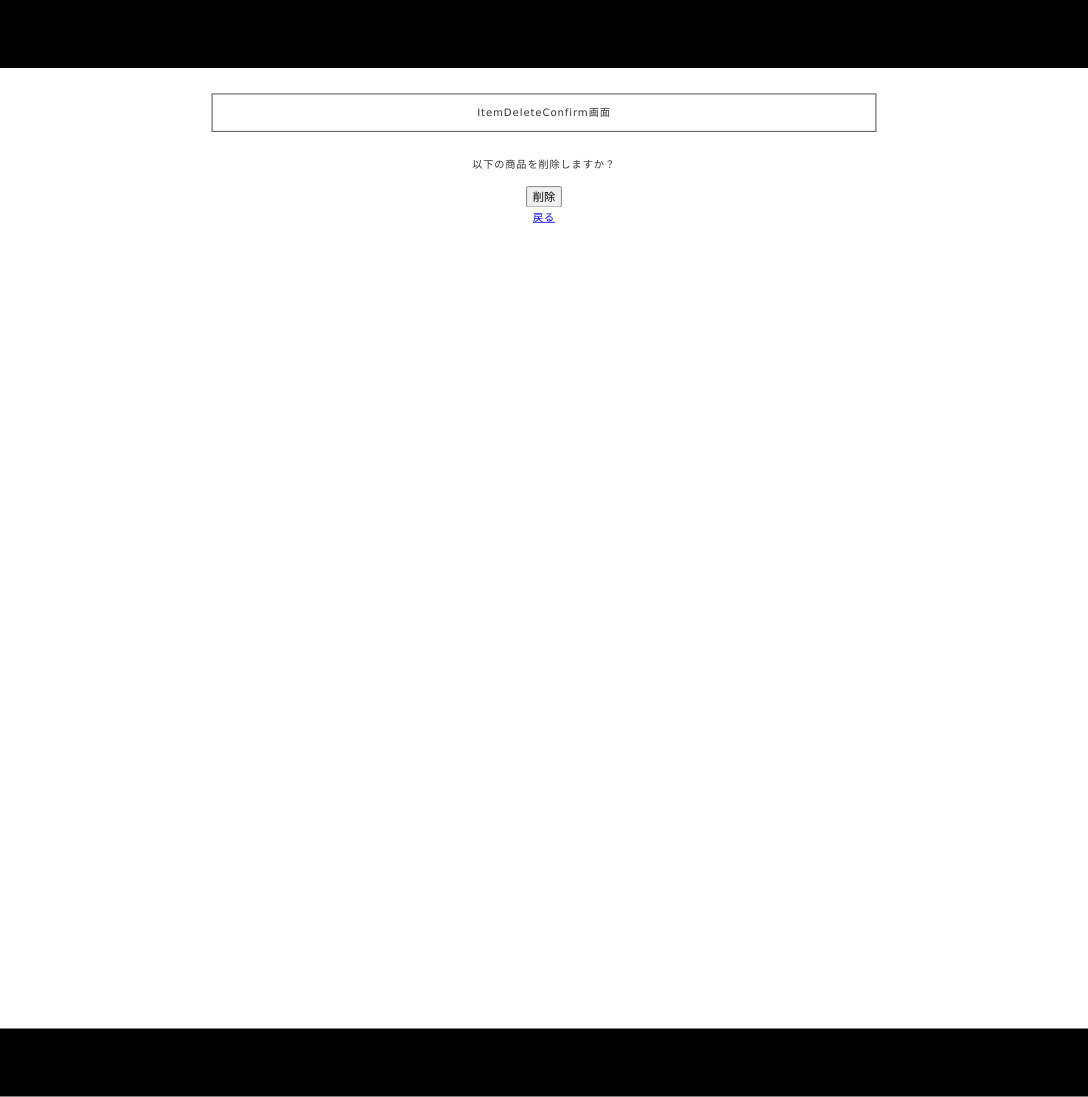
Repository: y321sudo/test2
Page: http://localhost/Yukazon/itemDeleteConfirm.jsp
These files come from the project's save history. The page is drawn as it stood at one moment and after the next save; the edit follows.
The browser window is 1280 px wide. The pictures show the whole page, at 85% of full size.
The page is served by Tomcat 9.

Above is the page before, as saved 2018-02-28 05:29:49.

After the next save:
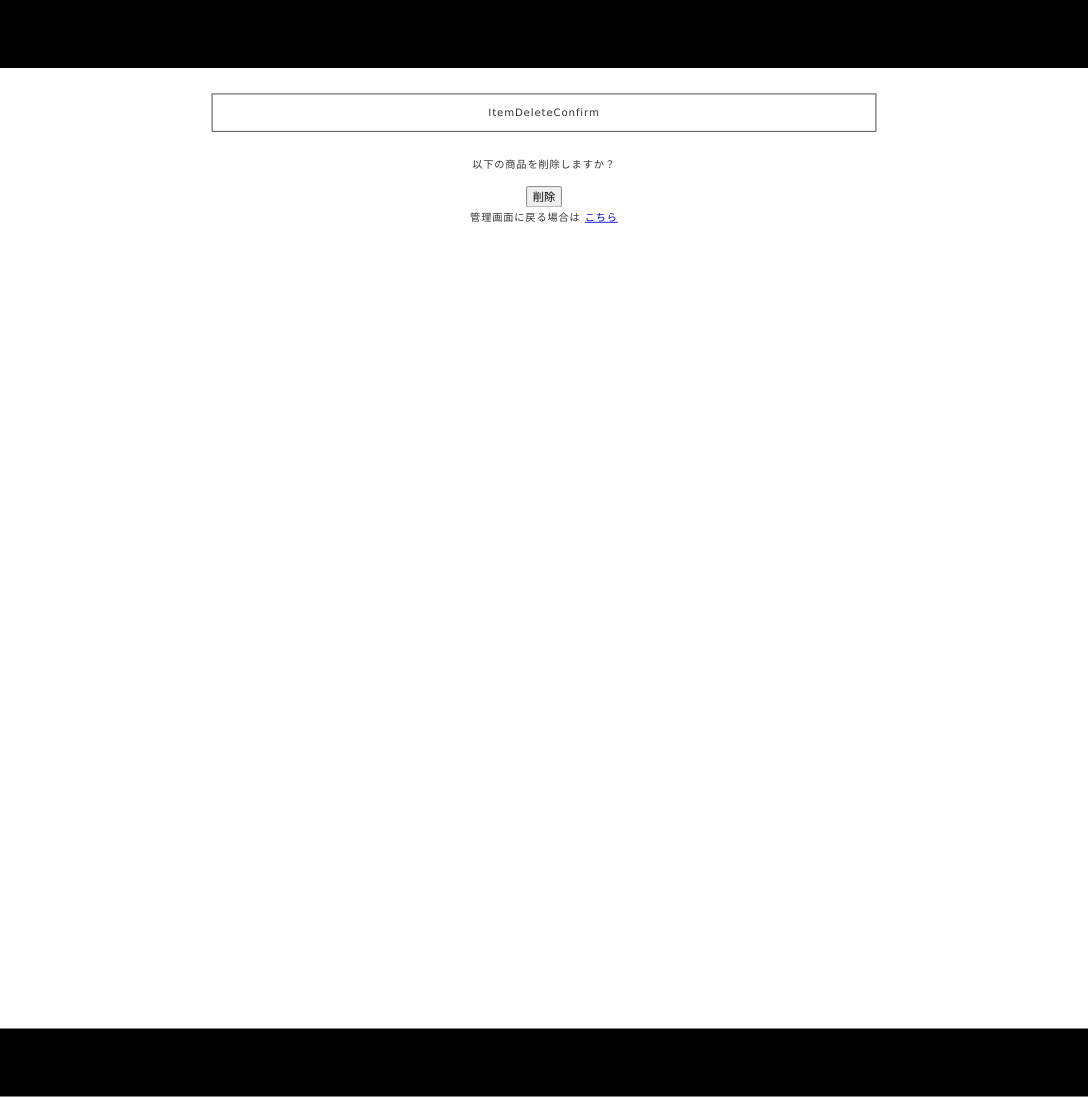
Saved 44 s later.
--- a/Yukazon/WebContent/itemDeleteConfirm.jsp
+++ b/Yukazon/WebContent/itemDeleteConfirm.jsp
@@ -11,7 +11,7 @@
 <meta name="description" content="" />
 <meta name="keywords" content="" />
 <meta charset="utf-8">
-<title>ItemDeleteConfirm画面</title>
+<title>商品削除確認画面</title>
 <style type="text/css">
 	/* ========TAG LAYOUT======== */
 		body {
@@ -63,7 +63,7 @@
 
 	<div id="main">
 		<div id="top">
-			<p>ItemDeleteConfirm画面</p>
+			<p>ItemDeleteConfirm</p>
 		</div>
 
 		<div>
@@ -79,7 +79,8 @@
 				</s:form>
 
 			<div>
-				<a href='<s:url action="GoItemDeleteAction"/>'>戻る</a>
+				<span>管理画面に戻る場合は</span>
+				<a href="http://localhost:8080/Yukazon/master.jsp">こちら</a>
 			</div>
 		</div>
 	</div>

After the save that followed:
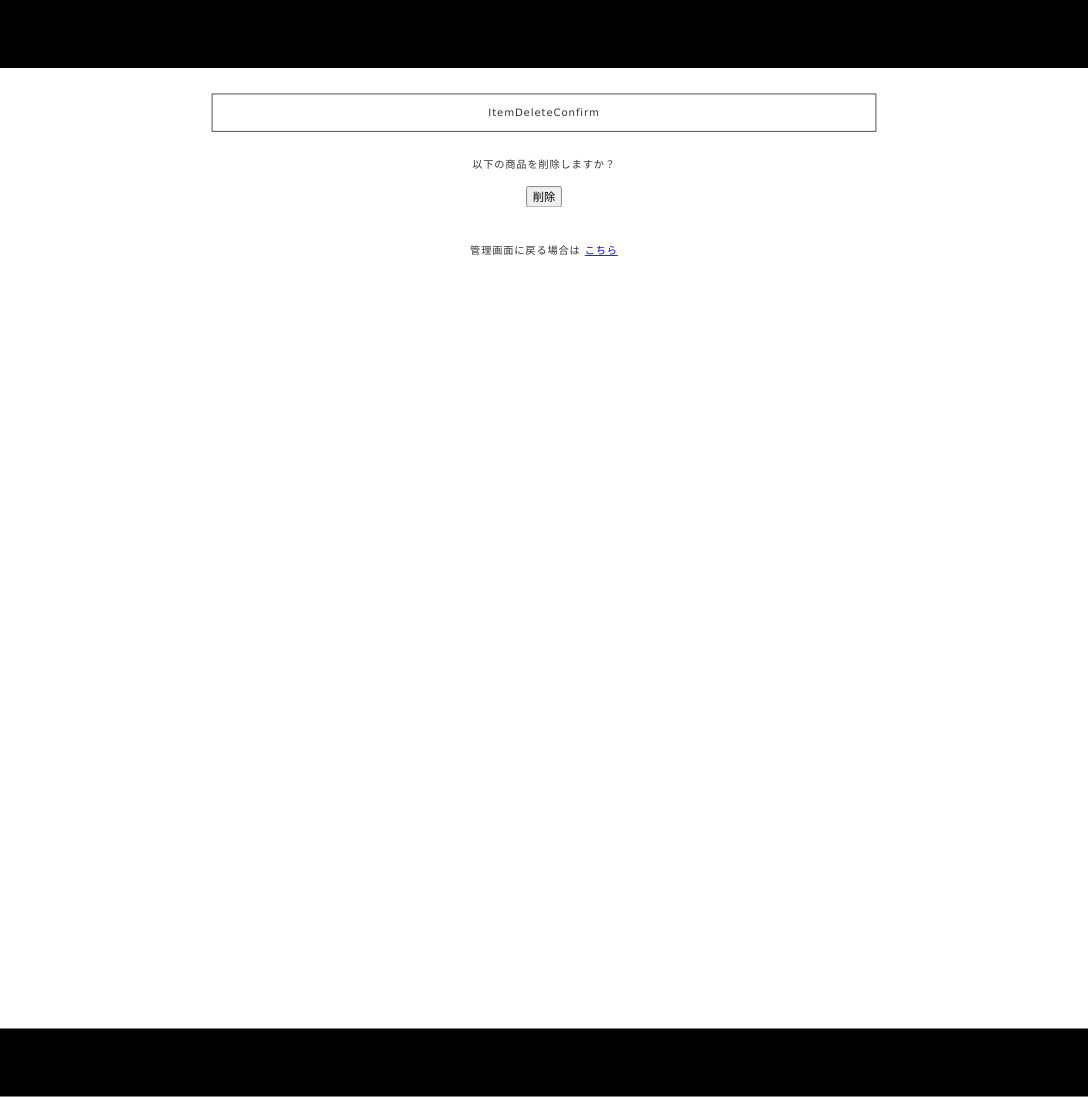
Saved 37 s later.
--- a/Yukazon/WebContent/itemDeleteConfirm.jsp
+++ b/Yukazon/WebContent/itemDeleteConfirm.jsp
@@ -77,7 +77,7 @@
 				</s:iterator>
 					<s:submit value="削除"/>
 				</s:form>
-
+				<br><br>
 			<div>
 				<span>管理画面に戻る場合は</span>
 				<a href="http://localhost:8080/Yukazon/master.jsp">こちら</a>
